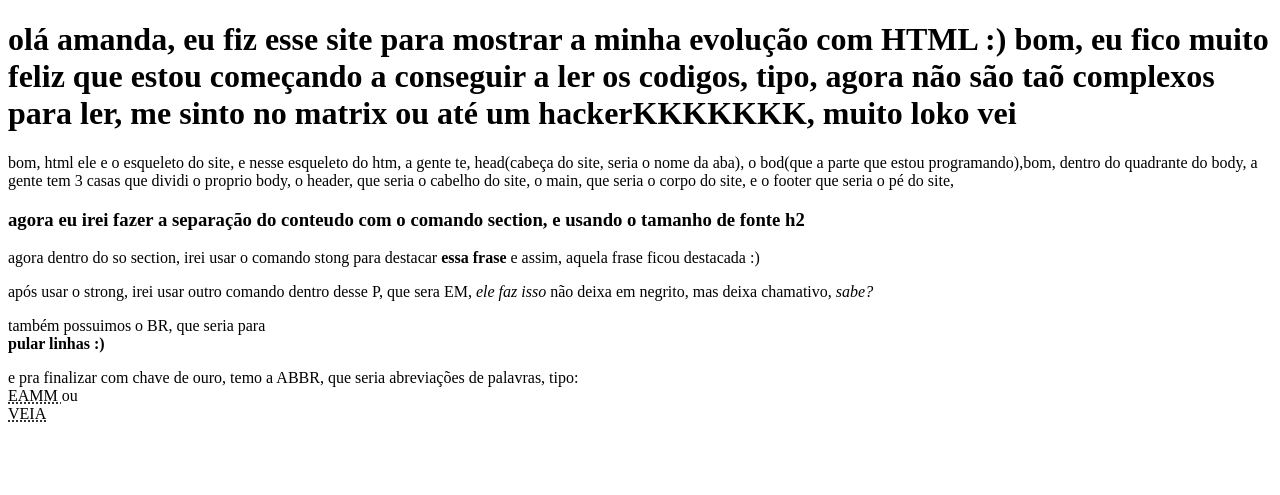
Repository: Jhones17/HTML-CURSO-V1
Page: index.html
These files come from the project's save history. The page is drawn as it stood at one moment and after the next save; the edit follows.
The browser window is 1280 px wide. The pictures show the whole page.

Above is the page before, as saved 2025-03-16 01:07:01.

### index.html
<!DOCTYPE html>
<html>
    <head>
        <title>CURSO HTML</title>
            <meta name="description" content="aqui você verá o meu conhecimento sobre HTML,
            o será um documentario do que eu aprendi com HTML, espero que se divirta e goste de o que eu aprendi :)">
            </head>
                  <body>
                      <header>
                    <h1>olá amanda, eu fiz esse site para mostrar a minha evolução com HTML :)
                bom, eu fico muito feliz que estou começando a conseguir a ler os codigos, tipo,
                agora não são taõ complexos para ler, me sinto no matrix ou até um hackerKKKKKKK, muito loko vei
            </h1>
        </header>
       <p>  bom, html ele e o esqueleto do site, e nesse esqueleto do htm, a gente te, head(cabeça do site, seria o nome da aba),
         o bod(que a parte que estou programando),bom, dentro do quadrante do body, a gente tem 3
         casas que dividi o proprio body, o header, que seria o cabelho do site, o main, que seria o corpo do site, e o footer que seria o pé do site,</p>
    <main>
   <section>
  <h3> agora eu irei fazer a separação do conteudo com o comando section, e usando o tamanho de fonte h2
</h3>
<p> agora dentro do so section, irei usar o comando stong para destacar <strong> essa frase </strong> e assim, aquela frase ficou destacada :) </p>
<p> após usar o strong, irei usar outro comando dentro desse P, que sera EM, <em> ele faz isso</em> não deixa em negrito, mas deixa chamativo, <em> sabe?</em></p>
<p> também possuimos o BR, que seria para <br>
<strong> pular linhas :) </strong>  </p>
<p> e pra finalizar com chave de ouro, temo a ABBR, que seria abreviações de palavras, tipo: <br>
<abbr title="eu amo minha mulher"> EAMM </abbr> ou <br>
<abbr title="você é incrivel amor <3">  VEIA </abbr> </p>


</section>


            </main>
        <footer></footer>
    </body>
 </html>

After the next save:
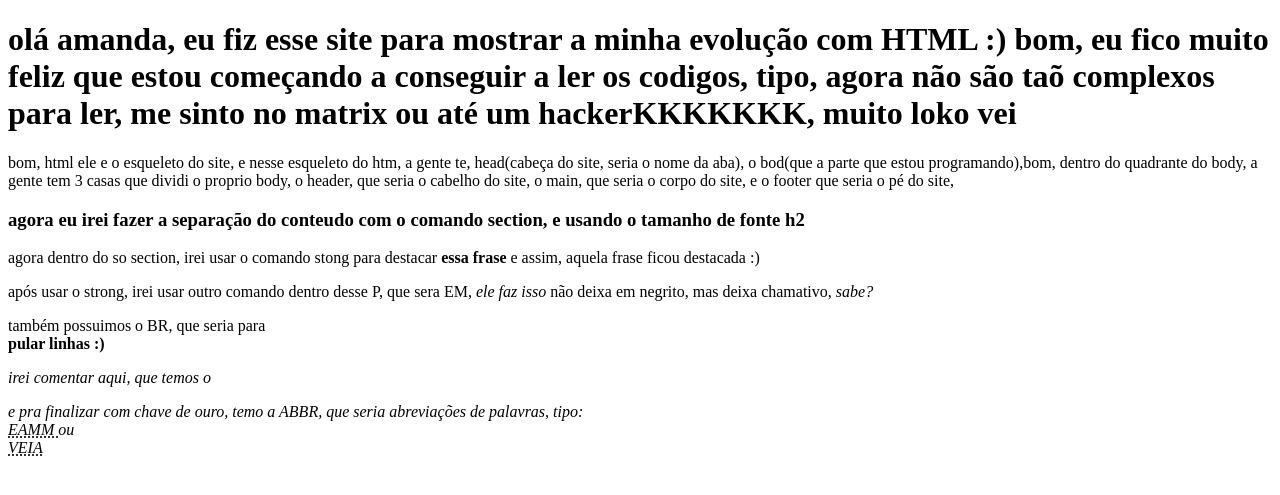
Saved 18 min 46 s later.
--- a/index.html
+++ b/index.html
@@ -12,9 +12,9 @@
                 agora não são taõ complexos para ler, me sinto no matrix ou até um hackerKKKKKKK, muito loko vei
             </h1>
         </header>
-       <p>  bom, html ele e o esqueleto do site, e nesse esqueleto do htm, a gente te, head(cabeça do site, seria o nome da aba),
+       <p> bom, html ele e o esqueleto do site, e nesse esqueleto do htm, a gente te, head(cabeça do site, seria o nome da aba),
          o bod(que a parte que estou programando),bom, dentro do quadrante do body, a gente tem 3
-         casas que dividi o proprio body, o header, que seria o cabelho do site, o main, que seria o corpo do site, e o footer que seria o pé do site,</p>
+         casas que dividi o proprio body, o header, que seria o cabelho do site, o main, que seria o corpo do site, e o footer que seria o pé do site, </p>
     <main>
    <section>
   <h3> agora eu irei fazer a separação do conteudo com o comando section, e usando o tamanho de fonte h2
@@ -23,13 +23,16 @@
 <p> após usar o strong, irei usar outro comando dentro desse P, que sera EM, <em> ele faz isso</em> não deixa em negrito, mas deixa chamativo, <em> sabe?</em></p>
 <p> também possuimos o BR, que seria para <br>
 <strong> pular linhas :) </strong>  </p>
+<em>irei comentar aqui, que temos o <!-, esse carinha permite comentar para você não se perde durante a repetição de programas, ele é muito foda</em>
 <p> e pra finalizar com chave de ouro, temo a ABBR, que seria abreviações de palavras, tipo: <br>
 <abbr title="eu amo minha mulher"> EAMM </abbr> ou <br>
 <abbr title="você é incrivel amor <3">  VEIA </abbr> </p>
 
 
+
 </section>
-
+<!--1#introdução do heard,bodi,main,section, em, br, p, abbr, header, strong, e do h1 a h6-->
+<section> </section>
 
             </main>
         <footer></footer>
